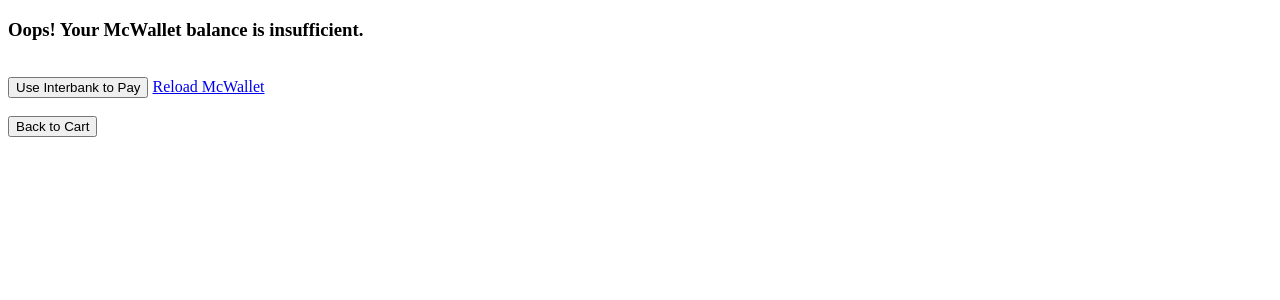
Repository: Jeck97/Mcdonald-Delivery-System
Page: McDelivery/WebContent/placeOrder/insufficientBalancePage.html
These files come from the project's save history. The page is drawn as it stood at one moment and after the next save; the edit follows.
The browser window is 1280 px wide. The pictures show the whole page.

Above is the page before, as saved 2020-07-11 16:46:28.

### McDelivery/WebContent/placeOrder/insufficientBalancePage.html
<!DOCTYPE html>
<html>
<head>
<meta charset="ISO-8859-1">
<title>Insufficient Balance Page</title>
</head>
<body>

	<h3>Oops! Your McWallet balance is insufficient.</h3>

	<br>

	<form action="paymentServlet" method="post">

	<input type="hidden" name="payment_method" value="2">
	<input type="submit" value="Use Interbank to Pay">

	<a href="../reloadMcWallet/reloadForm.jsp">Reload McWallet</a> &nbsp;
	<a href="#submit"></a>
	<br><br>
	<a href="checkOutPage.jsp"><button>Back to Cart</button></a>

	</form>




</body>
</html>

After the next save:
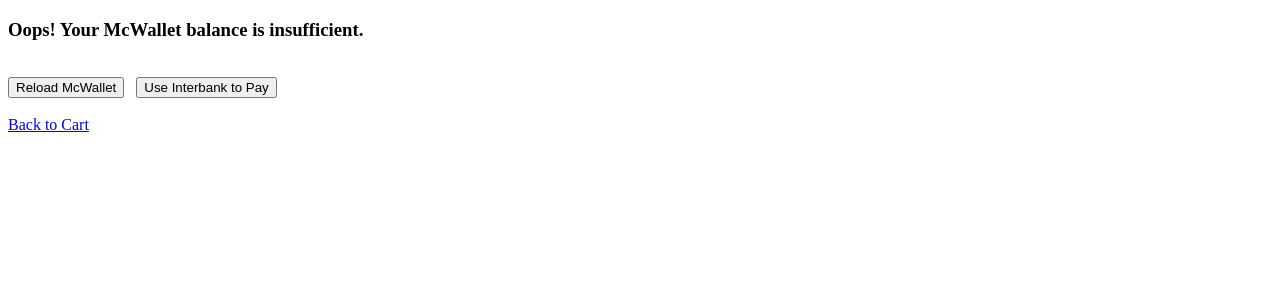
Saved 46 s later.
--- a/McDelivery/WebContent/placeOrder/insufficientBalancePage.html
+++ b/McDelivery/WebContent/placeOrder/insufficientBalancePage.html
@@ -13,12 +13,13 @@
 	<form action="paymentServlet" method="post">
 
 	<input type="hidden" name="payment_method" value="2">
+
+
+	<a href="../reloadMcWallet/reloadForm.jsp"><button type="button">Reload McWallet</button></a> &nbsp;
 	<input type="submit" value="Use Interbank to Pay">
 
-	<a href="../reloadMcWallet/reloadForm.jsp">Reload McWallet</a> &nbsp;
-	<a href="#submit"></a>
 	<br><br>
-	<a href="checkOutPage.jsp"><button>Back to Cart</button></a>
+	<a href="checkOutPage.jsp">Back to Cart</a>
 
 	</form>
 
